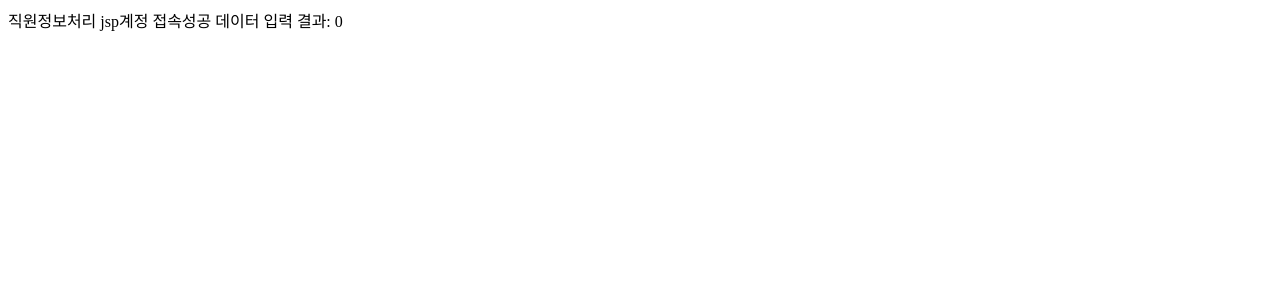
Repository: sieoh/2024html-
Page: http://localhost/jspweb_08/empreg.jsp
The author's editor kept a copy of each file at every save. The page is drawn from the files as they stood at one save, then again after the next save.
The browser window is 1280 px wide. The pictures show the whole page.
The page is served by Tomcat 9. Queries for data that is not in the repository find no rows.

Above is the page before, as saved 2024-01-12 02:35:55.

After the next save:
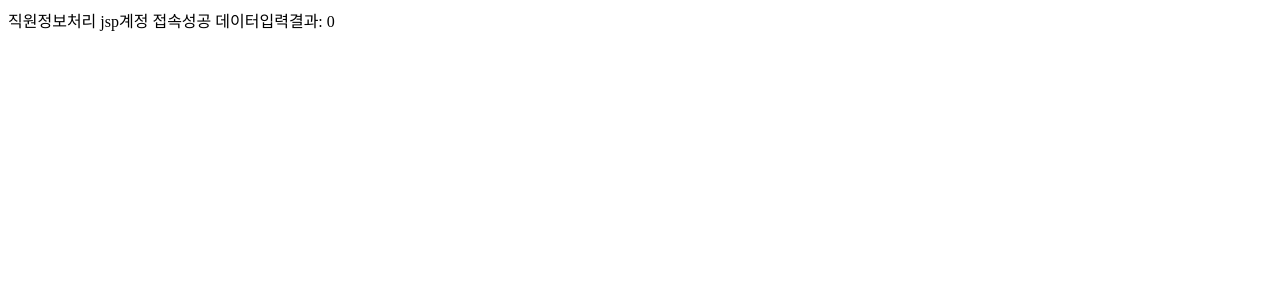
Saved 57 s later.
--- a/workspace_sts/jspweb_08/src/main/webapp/empreg.jsp
+++ b/workspace_sts/jspweb_08/src/main/webapp/empreg.jsp
@@ -30,20 +30,20 @@
 	    	out.println("jsp계정 접속실패");
 	    }
 
-		// 폼 정보에서 받은 변수를 empid, name, email, contact 값
+	 	// 폼정보에서 받은 변수들 empid, name, email, contact 값
 		// sql문을 실행할 때 발생할 수 있는 예외들을 처리하기 위한 구문
-		try {
-			String sql="INSERT INTO EMPLOYEES(EMPLOYEE_ID,LAST_NAME,EMAIL,PHONE_NUMBER) VALUES(?,?,?,?))";
-			pstmt = connection.prepareStatement(sql);
-			pstmt.setString(1,empid);
-			pstmt.setString(2,name);
-			pstmt.setString(3,email);
-			pstmt.setString(4,contact);
-			int result = pstmt.executeUpdate();
-			out.println("데이터 입력 결과: "+result);
-		} catch(SQLException se) {
+	      try{
+	         String sql = "INSERT INTO EMPLOYEES (EMPLOYEE_ID, LAST_NAME, EMAIL, PHONE_NUMBER) VALUES (?,?,?,?)";
+	         pstmt = connection.prepareStatement(sql);
+	         pstmt.setString(1, empid);
+	         pstmt.setString(2, name);
+	         pstmt.setString(3, email);
+	         pstmt.setString(4, contact);
+	         int result = pstmt.executeUpdate();
+	         out.println("데이터입력결과: "+ result);
+	      }catch(SQLException se) {
 
-		}
+	      }
 	%>
 
 </body>

After the save that followed:
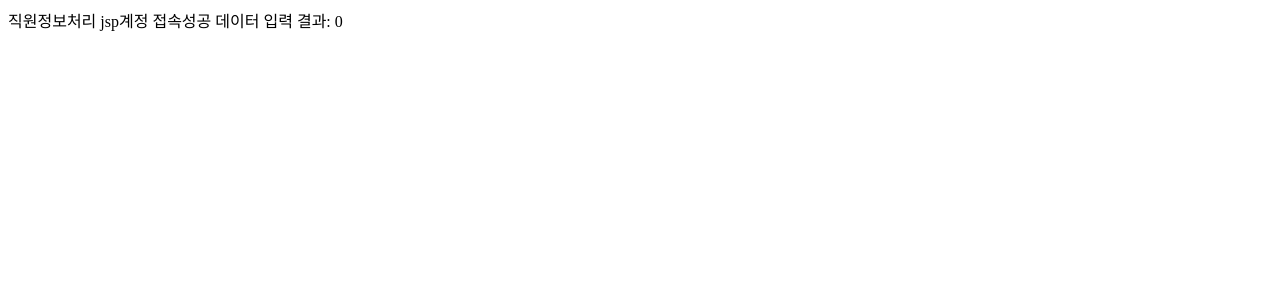
Saved 43 s later.
--- a/workspace_sts/jspweb_08/src/main/webapp/empreg.jsp
+++ b/workspace_sts/jspweb_08/src/main/webapp/empreg.jsp
@@ -30,20 +30,20 @@
 	    	out.println("jsp계정 접속실패");
 	    }
 
-	 	// 폼정보에서 받은 변수들 empid, name, email, contact 값
+		// 폼 정보에서 받은 변수를 empid, name, email, contact 값
 		// sql문을 실행할 때 발생할 수 있는 예외들을 처리하기 위한 구문
-	      try{
-	         String sql = "INSERT INTO EMPLOYEES (EMPLOYEE_ID, LAST_NAME, EMAIL, PHONE_NUMBER) VALUES (?,?,?,?)";
-	         pstmt = connection.prepareStatement(sql);
-	         pstmt.setString(1, empid);
-	         pstmt.setString(2, name);
-	         pstmt.setString(3, email);
-	         pstmt.setString(4, contact);
-	         int result = pstmt.executeUpdate();
-	         out.println("데이터입력결과: "+ result);
-	      }catch(SQLException se) {
+		try {
+			String sql="INSERT INTO EMPLOYEES (EMPLOYEE_ID,LAST_NAME,EMAIL,PHONE_NUMBER) VALUES (?,?,?,?)";
+			pstmt = connection.prepareStatement(sql);
+			pstmt.setString(1,empid);
+			pstmt.setString(2,name);
+			pstmt.setString(3,email);
+			pstmt.setString(4,contact);
+			int result = pstmt.executeUpdate();
+			out.println("데이터 입력 결과: "+result);
+		} catch(SQLException se) {
 
-	      }
+		}
 	%>
 
 </body>
